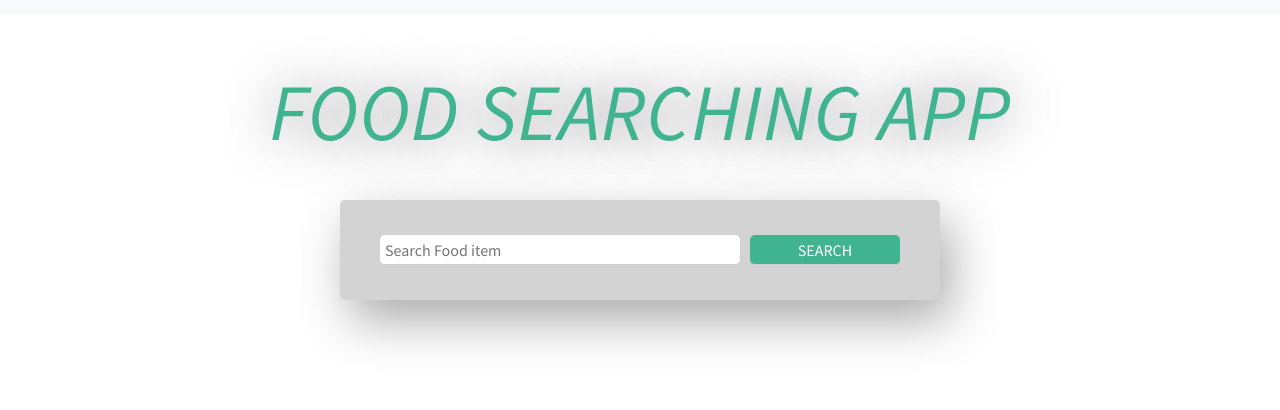
Repository: priyavmehta/React-Food-Recipe-App
Page: /search
The author's editor kept a copy of each file at every save. The page is drawn from the files as they stood at one save, then again after the next save.
The browser window is 1280 px wide. The pictures show the whole page.
The project was rebuilt for these pictures with package versions that can differ from the ones it lists, and the page was loaded fresh each time. Also part of the build but not shown: src/Components/RecipeDetails.js, src/Components/Recipe.js, src/Components/Alert.js.

Above is the page before, as saved 2020-07-11 21:56:45.

After the next save:
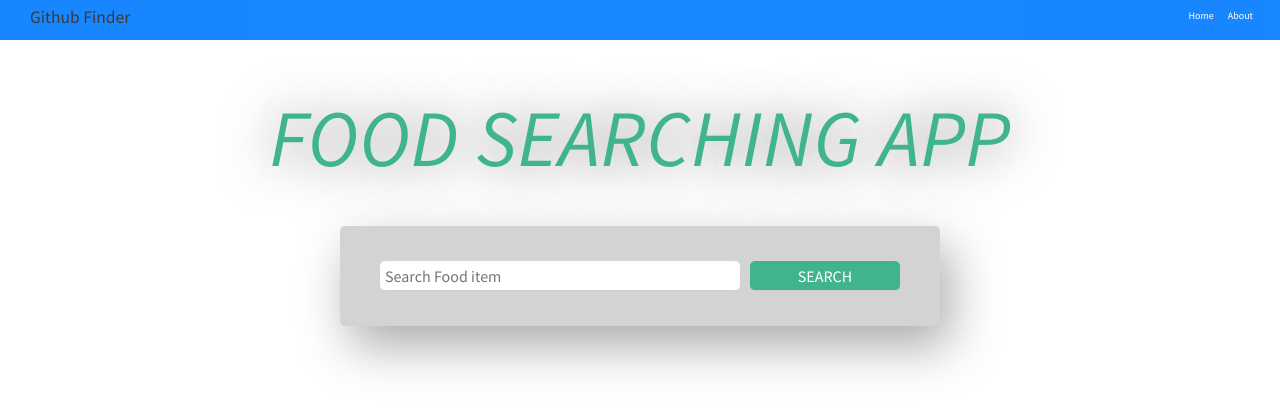
Saved 51 s later.
--- a/src/Components/Navbar.js
+++ b/src/Components/Navbar.js
@@ -1,11 +1,30 @@
 import React from 'react'
+import PropTypes from 'prop-types'
+import { Link } from 'react-router-dom'
 
-const Navbar = () => {
+const Navbar = ({icon, title}) => {
+
     return (
-        <nav className="navbar navbar-expand-lg navbar-light bg-light">
-
+        <nav className = "navbar bg-primary">
+            <h3>
+                <i className ={icon} style = {{marginRight : 10 + 'px'}}/> {title}
+            </h3>
+            <ul>
+                <li><Link to="/">Home</Link></li>
+                <li><Link to="/about">About</Link></li>
+            </ul>
         </nav>
     )
 }
 
+Navbar.defaultProps = {
+    title : "Github Finder",
+    icon : "fab fa-github"
+};
+
+Navbar.propTypes = {
+    title : PropTypes.string.isRequired,
+    icon : PropTypes.string.isRequired
+};
+
 export default Navbar
